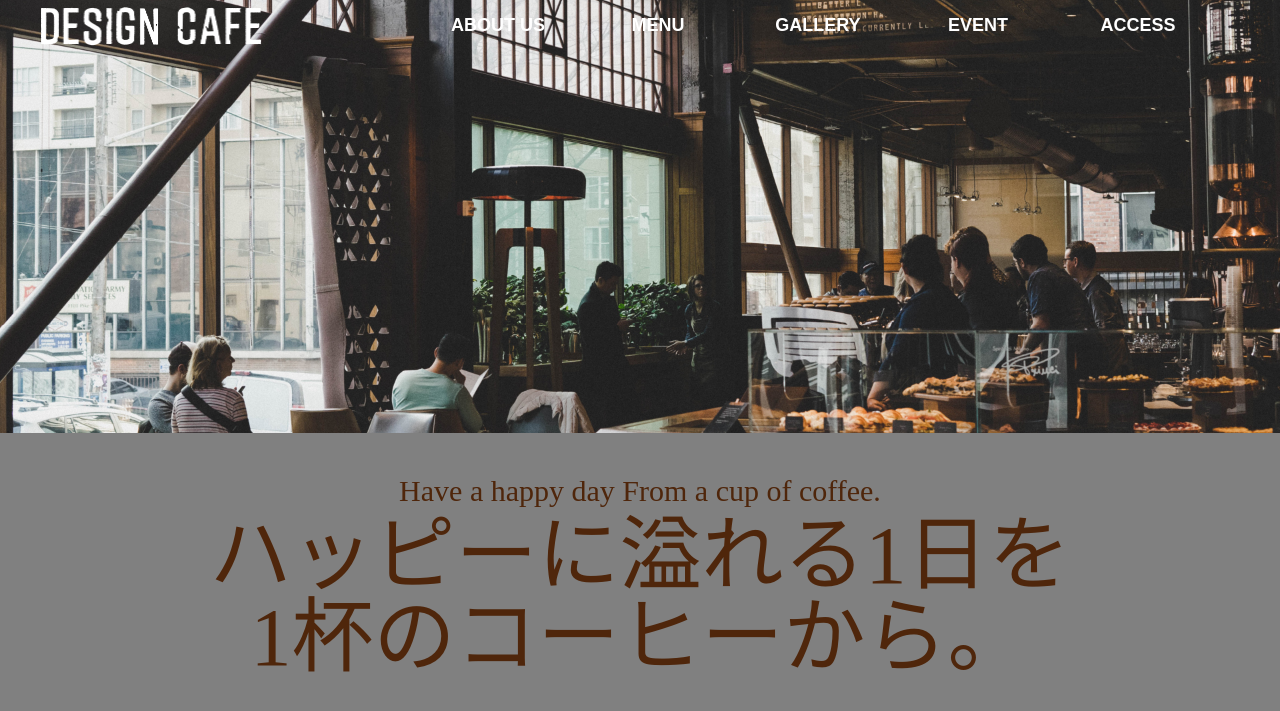
Repository: sonoyama01/dezasuta
Page: 第4回課題/index.html
An editor plug-in stored every save of this project. The page is shown before and after the next save, followed by the edit.
The browser window is 1280 px wide. The pictures show the whole page.

Above is the page before, as saved 2024-05-02 01:47:56.

### 第4回課題/index.html
<!DOCTYPE html>
<html lang="ja">

<head>
    <meta charset="UTF-8">
    <meta name="viewport" content="width=device-width, initial-scale=1.0">
    <title>Desing Cafe</title>
    <link rel="stylesheet" href="./css/style.css">
</head>

<body>
    <header>
        <div class="header_slide">
            <div>
                <img src="./images/pc_first-100.jpg" alt="店内の様子">
            </div>
        </div>
        <div class="header_wrap">
            <h1 class="header_logo">
                <img src="./images/design_cafe_logo_header@2x.png" alt="desind cafe">
            </h1>
            <nav class="pc_nav">
                <ul>
                    <li><a href="#">ABOUT US</a></li>
                    <li><a href="#">MENU</a></li>
                    <li><a href="#">GALLERY</a></li>
                    <li><a href="#">EVENT</a></li>
                    <li><a href="#">ACCESS</a></li>
                </ul>
            </nav>
        </div>
    </header>
    <div class="catch_copy">
        <p class="catch_copy"><span class="en">Have a happy day From a cup of coffee.</span><br>
            ハッピーに溢れる1日を<br>
            1杯のコーヒーから。</p><!-- /.catch_copy -->
    </div><!-- /.catch_copy -->



</body>

</html>

### 第4回課題/css/style.css
@charset "utf-8";

/* cssリセット */

/*利用するタグによってこちらの内容は増やす*/

html,
body,
h1,
h2,
h3,
p,
dl,
dt,
dd,
ul,
li {
  margin: 0;
  padding: 0;
  line-height: 1;
  /*デフォルトの文字色、font-familyを予め当てておく*/
  color: #4f260b;
  font-family: "游明朝", YuMincho, "Hiragino Mincho ProN W3",
    "ヒラギノ明朝 ProN W3", "Hiragino Mincho ProN", "HG明朝E", "ＭＳ Ｐ明朝",
    "ＭＳ 明朝", serif;
}

a {
  /*下線を消す*/
  text-decoration: none;
  /*色を消す*/
  color: inherit;
  transition: 0.3s;
}

a:hover {
  opacity: 0.5;
}

ul {
  /*左の「・」を消す*/
  list-style: none;
}

img {
  max-width: 100%;
  vertical-align: bottom;
  border: none;
}

body {
  background-color: gray;
  font-size: 23px;
}

/* ヘッダー */
.pc_nav ul {
  display: flex;
  gap: 55px;
}

.pc_nav ul li {
  width: 105px;
  text-align: center;
  color: #ffffff;
  font-weight: bold;
  font-size: 18px;
  font-family: "Hiragino Sans W3", "Hiragino Kaku Gothic ProN",
    "ヒラギノ角ゴ ProN W3", "メイリオ", Meiryo, "ＭＳ Ｐゴシック", "MS PGothic",
    sans-serif;
}

.header_logo {
  width: 226px;
}

.header_wrap {
  display: flex;
  justify-content: space-between;
  align-items: center;
  padding: 0 7% 0 3%;
  position: absolute;
  top: 0;
  left: 0;
  width: 100%;
  box-sizing: border-box;
}

.en {
  font-size: 30px;
}
.catch_copy {
  font-size: 82px;
  text-align: center;
}

After the next save:
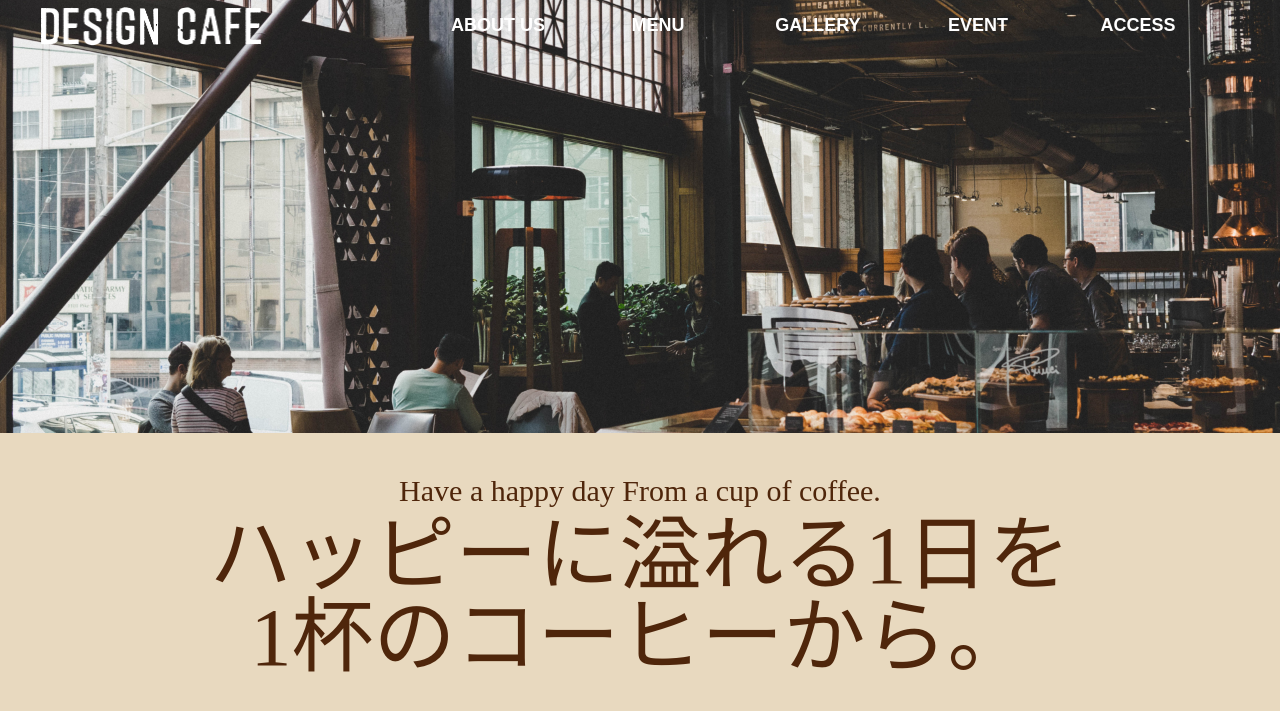
Saved 86 s later.
--- a/第4回課題/css/style.css
+++ b/第4回課題/css/style.css
@@ -49,7 +49,7 @@ img {
 }
 
 body {
-  background-color: gray;
+  background-color: #e8d9bf;
   font-size: 23px;
 }
 
